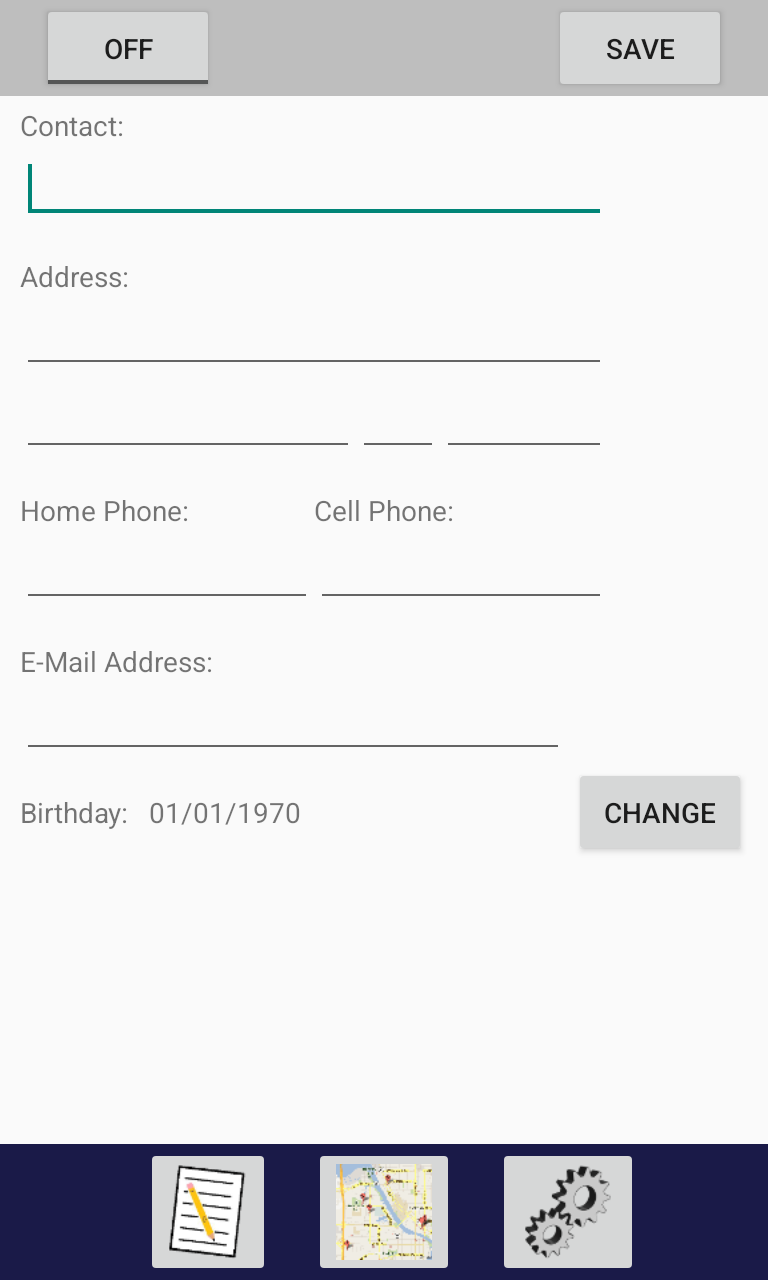
Repository: MobileApps-Cascadia/JenniferBronson_ExercisesChapter5
Layout: MyContactList/res/layout/activity_contact.xml
These files come from the project's save history. The layout is drawn as it stood at one moment and after the next save; the edit follows.
It is drawn on a 768 x 1280 px phone screen (xhdpi) without system bars, with theme AppTheme; the app's code is not run.

Above is the layout before, as saved 2014-04-28 02:43:52.

### MyContactList/res/layout/activity_contact.xml
<RelativeLayout xmlns:android="http://schemas.android.com/apk/res/android"
    xmlns:tools="http://schemas.android.com/tools"
    android:layout_width="match_parent"
    android:layout_height="match_parent"
    tools:context=".ContactActivity">


    <RelativeLayout
        android:id="@+id/navbar"
        android:background="@color/navbar_background"
        android:layout_width="fill_parent"
        android:layout_height="wrap_content"
        android:layout_alignParentBottom="true">

        <ImageButton
            android:id="@+id/imageButtonList"
            android:layout_width="wrap_content"
            android:layout_height="wrap_content"
            android:layout_centerVertical="true"
            android:layout_toLeftOf="@+id/imageButtonMap"
            android:layout_marginRight="20dp"
            android:src="@drawable/contactlisticon" />

        <ImageButton
            android:id="@+id/imageButtonMap"
            android:layout_width="wrap_content"
            android:layout_height="wrap_content"
            android:layout_centerVertical="true"
            android:layout_centerHorizontal="true"
            android:layout_toRightOf="@+id/imageButton1"
            android:src="@drawable/mapicon" />

        <ImageButton
            android:id="@+id/imageButtonSettings"
            android:layout_width="wrap_content"
            android:layout_height="wrap_content"
            android:layout_centerVertical="true"
            android:layout_marginLeft="20dp"
            android:layout_toRightOf="@+id/imageButtonMap"
            android:src="@drawable/settingsicon" />

    </RelativeLayout>

    <RelativeLayout
        android:id="@+id/toolbar"
        android:background="@color/toolbar_background"
        android:layout_width="match_parent"
        android:layout_height="wrap_content"
        android:layout_alignParentLeft="true"
        android:layout_alignParentTop="true"
        >

        <ToggleButton
            android:id="@+id/toggleButtonEdit"
            android:layout_width="wrap_content"
            android:layout_height="wrap_content"
            android:layout_alignParentLeft="true"
            android:layout_marginLeft="20dp"
            android:text="ToggleButton" />

        <Button
            android:id="@+id/buttonSave"
            android:layout_width="wrap_content"
            android:layout_height="wrap_content"
            android:layout_alignParentRight="true"
            android:layout_marginRight="20dp"
            android:text="Save" />

    </RelativeLayout>

    <ScrollView
        android:id="@+id/scrollView1"
        android:layout_width="match_parent"
        android:layout_height="wrap_content"
        android:layout_alignParentLeft="true"
        android:layout_below="@+id/toolbar"
        android:layout_above="@+id/navbar" >

        <RelativeLayout
            android:layout_width="match_parent"
            android:layout_height="match_parent"
           >

            <TextView
                android:id="@+id/textContact"
                android:layout_width="wrap_content"
                android:layout_height="wrap_content"
                android:text="Contact:"
                android:textAppearance="?android:attr/textAppearanceSmall"
                android:layout_alignParentLeft="true"
        		android:layout_alignParentTop="true"
        		android:layout_marginLeft="10dp"
        		android:layout_marginTop="5dp"/>

            <EditText android:id="@+id/editName"
                android:layout_width="wrap_content"
                android:layout_height="wrap_content"
                android:layout_alignParentLeft="true"
                android:layout_marginLeft="10dp"
                android:layout_below="@+id/textContact"
                android:ems="14"
                android:imeOptions="actionNext"
                android:inputType="textCapWords">

                <requestFocus/>
            </EditText>

            <TextView
                android:id="@+id/textAddress"
                android:layout_width="wrap_content"
                android:layout_height="wrap_content"
                android:layout_alignParentLeft="true"
                android:layout_below="@+id/editName"
        		android:layout_marginLeft="10dp"
        		android:layout_marginTop="15dp"
        		android:text="Address:"
        		android:textAppearance="?android:attr/textAppearanceSmall"/>

            <EditText android:id="@+id/editAddress"
                android:layout_width="wrap_content"
                android:layout_height="wrap_content"
                android:layout_alignParentLeft="true"
                android:layout_marginLeft="10dp"
                android:layout_below="@+id/textAddress"
                android:ems="14"
                android:imeOptions="actionNext"
                android:inputType="textCapWords">
            </EditText>

        <EditText android:id="@+id/editCity"
                android:layout_width="wrap_content"
                android:layout_height="wrap_content"
                android:layout_alignParentLeft="true"
                android:layout_marginLeft="10dp"
                android:layout_below="@+id/editAddress"
                android:ems="8"
                android:imeOptions="actionNext"
                android:nextFocusDown="@+id/editState"
                android:inputType="textCapWords">
            </EditText>

        <EditText android:id="@+id/editState"
                android:layout_width="wrap_content"
                android:layout_height="wrap_content"
                android:ems="2"
                android:layout_toRightOf="@+id/editCity"
                android:layout_alignBottom="@+id/editCity"
                android:maxLength="2"
                android:imeOptions="actionNext"
                android:nextFocusDown="@+id/editZipCode"
                android:inputType="textCapCharacters">
            </EditText>

        <EditText android:id="@+id/editZipcode"
                android:layout_width="wrap_content"
                android:layout_height="wrap_content"
                android:ems="4"
                android:layout_toRightOf="@+id/editState"
                android:layout_alignBottom="@+id/editState"
                android:maxLength="5"
                android:imeOptions="actionNext"
                android:nextFocusDown="@+id/editHome"
                android:inputType="numberSigned">
            </EditText>






        <TextView
                android:id="@+id/textHome"
                android:layout_width="wrap_content"
                android:layout_height="wrap_content"
                android:text="Home Phone:"
                android:layout_alignParentLeft="true"
        		android:layout_marginLeft="10dp"
        		android:layout_marginTop="15dp"
        		android:layout_below="@+id/editCity"
        		/>

            <EditText android:id="@+id/editHome"
                android:layout_width="wrap_content"
                android:layout_height="wrap_content"
                android:layout_alignParentLeft="true"
                android:layout_marginLeft="10dp"
                android:layout_below="@+id/textHome"
                android:ems="7"
                android:maxLength="14"
                android:imeOptions="actionNext"
                android:nextFocusDown="@+id/editCell"
                android:inputType="phone">

            </EditText>

            <TextView
                android:id="@+id/textCell"
                android:layout_width="wrap_content"
                android:layout_height="wrap_content"
                android:text="Cell Phone:"
                android:layout_alignBottom="@+id/textHome"
                android:layout_alignLeft="@+id/editCell"/>

            <EditText android:id="@+id/editCell"
                android:layout_width="wrap_content"
                android:layout_height="wrap_content"
                android:layout_alignBottom="@+id/editHome"
                android:layout_toRightOf="@+id/editHome"
                android:ems="7"
                android:maxLength="14"
                android:imeOptions="actionNext"
                android:nextFocusDown="@+id/editEMail"
                android:inputType="phone">

            </EditText>


            <TextView
                android:id="@+id/textEMail"
                android:layout_width="wrap_content"
                android:layout_height="wrap_content"
                android:text="E-Mail Address:"
                android:layout_alignParentLeft="true"
                android:layout_marginLeft="10dp"
                android:layout_marginTop="15dp"
                android:layout_below="@+id/editHome"
                />

            <EditText android:id="@+id/editEMail"
                android:layout_width="wrap_content"
                android:layout_height="wrap_content"
                android:layout_alignParentLeft="true"
                android:layout_marginLeft="10dp"
                android:layout_below="@+id/textEMail"
                android:ems="13"
                android:inputType="textEmailAddress">

            </EditText>


            <TextView
                android:id="@+id/textBday"
                android:layout_width="wrap_content"
                android:layout_height="wrap_content"
                android:text="Birthday:"
                android:layout_alignParentLeft="true"
                android:layout_marginLeft="10dp"
                android:layout_marginTop="15dp"
                android:layout_below="@+id/editEMail"
                android:paddingBottom="25dp"
                />

            <TextView
                android:id="@+id/textBirthday"
                android:layout_width="wrap_content"
                android:layout_height="wrap_content"
                android:text="01/01/1970"
                android:layout_marginLeft="10dp"
                android:layout_toRightOf="@+id/textBday"
                android:layout_alignBottom="@+id/textBday"
                android:paddingBottom="25dp"
                />

            <Button
                android:id="@+id/btnBirthday"
                android:text="Change"
                android:layout_width="wrap_content"
                android:layout_height="wrap_content"
                android:layout_alignParentRight="true"
                android:layout_marginRight="10dp"
                android:layout_alignBaseline="@+id/textBirthday" />

        </RelativeLayout>
    </ScrollView>

</RelativeLayout>

### MyContactList/res/values/color.xml
<?xml version="1.0" encoding="utf-8"?>
<resources>
    <color name="navbar_background">#1a1a48</color>
    <color name="toolbar_background">#bebebe</color>
    <color name="dataEntry_background">#a8a8e0</color>

</resources>

Loaded but not shown: MyContactList/res/values/styles.xml (common file); MyContactList/res/values-v11/styles.xml (common file); MyContactList/res/values-v14/styles.xml (common file)

After the next save:
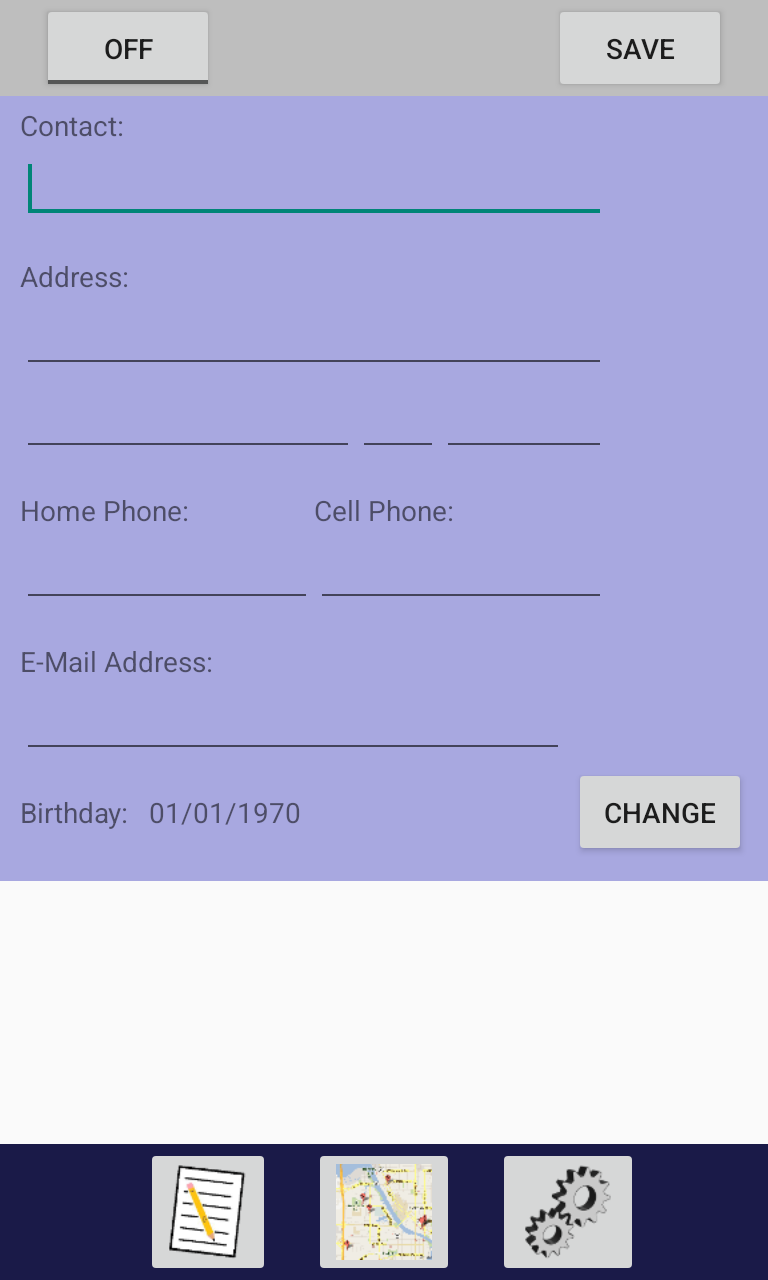
Saved 5 min 53 s later.
--- a/MyContactList/res/layout/activity_contact.xml
+++ b/MyContactList/res/layout/activity_contact.xml
@@ -79,6 +79,7 @@
         <RelativeLayout
             android:layout_width="match_parent"
             android:layout_height="match_parent"
+            android:background="@color/dataEntry_background"
            >
 
             <TextView
